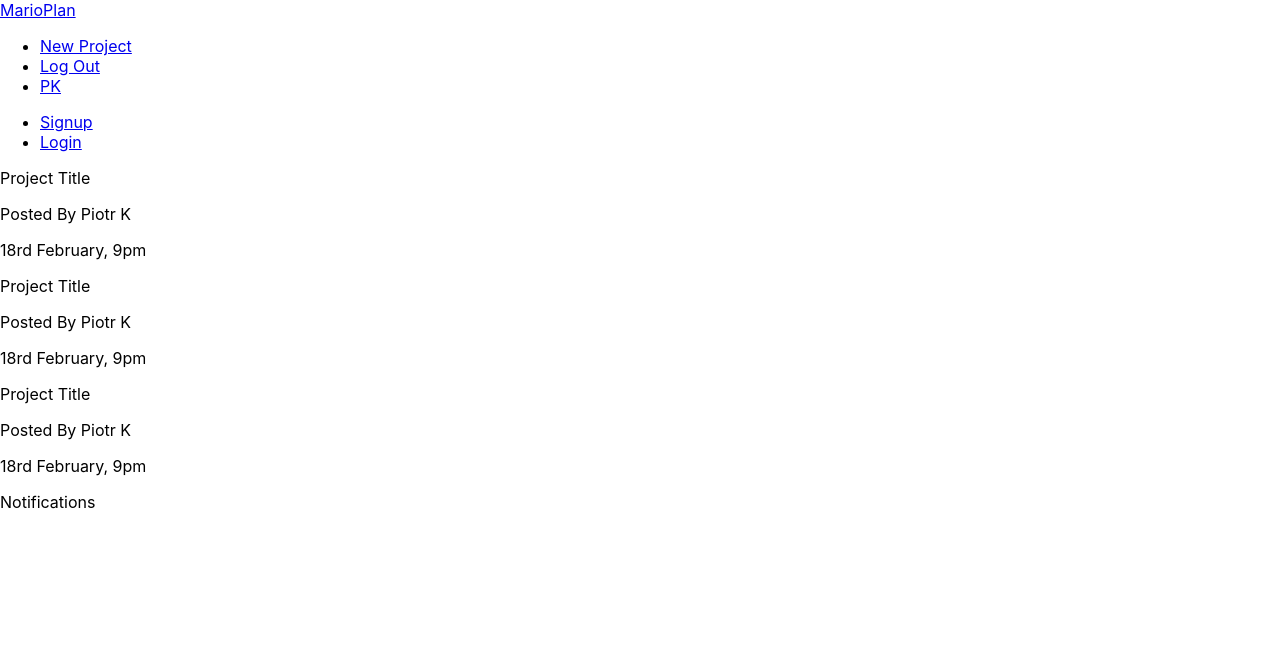
Repository: Piterwk1/netNinja-hooks
Page: /signin
An editor plug-in stored every save of this project. The page is shown before and after the next save, followed by the edit.
The browser window is 1280 px wide. The pictures show the whole page.
The project was rebuilt for these pictures with package versions that can differ from the ones it lists, and the page was loaded fresh each time.

Above is the page before, as saved 2021-02-18 23:07:52.

After the next save:
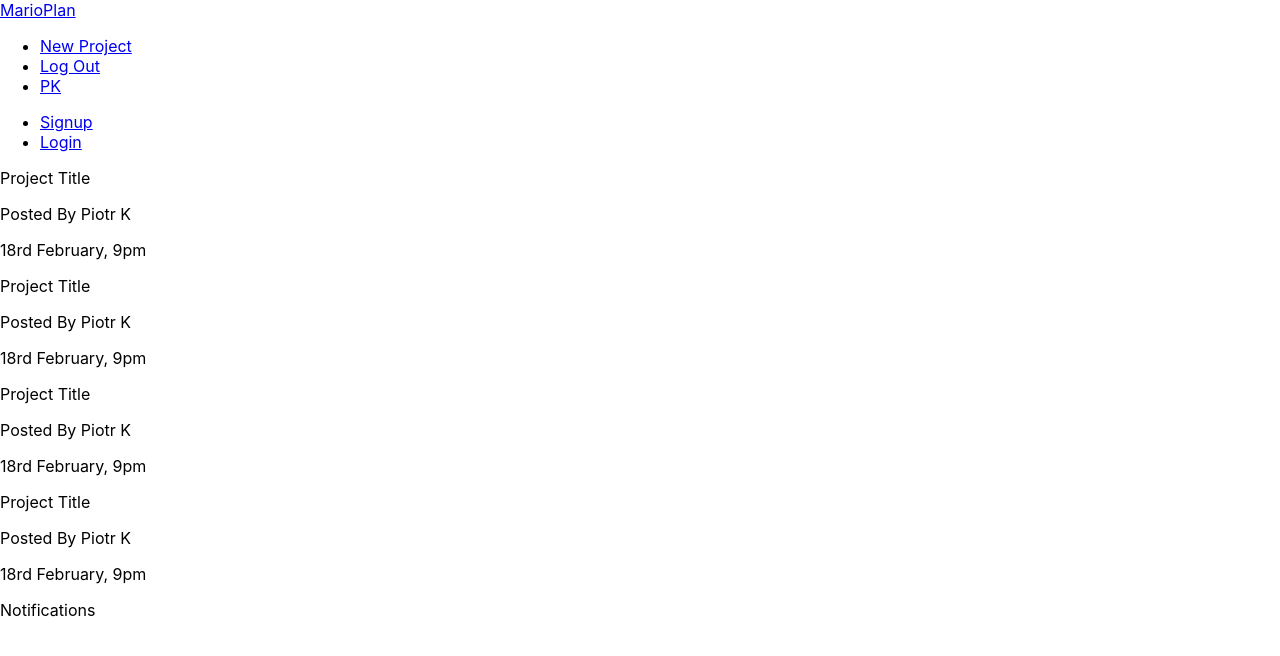
Saved 89 s later.
--- a/src/components/projects/ProjectList.js
+++ b/src/components/projects/ProjectList.js
@@ -1,30 +1,12 @@
 import React from 'react';
+import ProjectSummary from './ProjectSummary';
 
 const ProjectList = () => (
   <div className="project-list section">
-    <div className="card z-depth-0 project-summary">
-      <div className="card-content grey-text text-darken-3">
-        <span className="card-title">Project Title</span>
-        <p>Posted By Piotr K</p>
-        <p className="grey-text">18rd February, 9pm</p>
-      </div>
-    </div>
-
-    <div className="card z-depth-0 project-summary">
-      <div className="card-content grey-text text-darken-3">
-        <span className="card-title">Project Title</span>
-        <p>Posted By Piotr K</p>
-        <p className="grey-text">18rd February, 9pm</p>
-      </div>
-    </div>
-
-    <div className="card z-depth-0 project-summary">
-      <div className="card-content grey-text text-darken-3">
-        <span className="card-title">Project Title</span>
-        <p>Posted By Piotr K</p>
-        <p className="grey-text">18rd February, 9pm</p>
-      </div>
-    </div>
+    <ProjectSummary />
+    <ProjectSummary />
+    <ProjectSummary />
+    <ProjectSummary />
   </div>
 );
 
